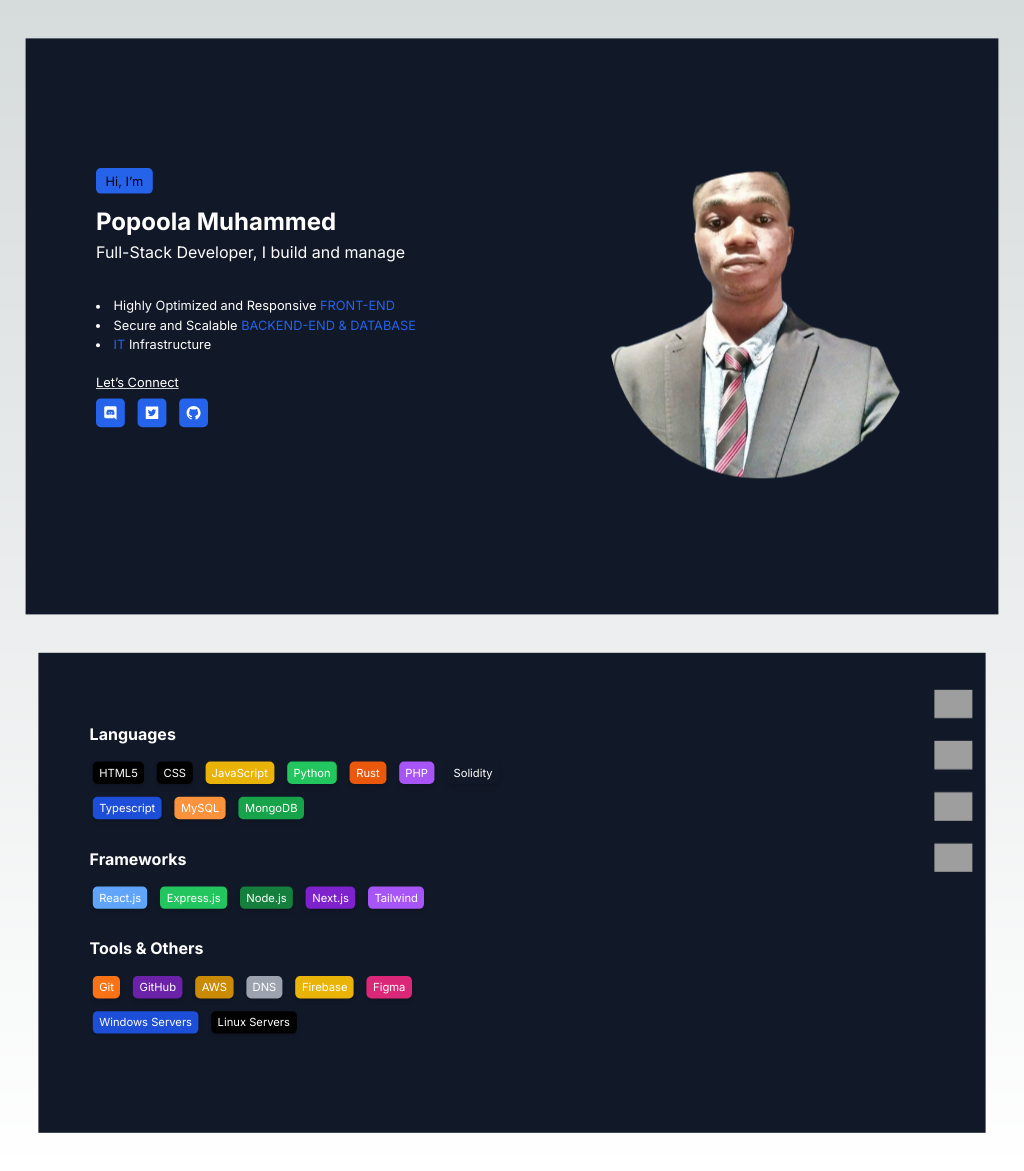
Repository: muhammedctgr/hammedctgr
Page: /
An editor plug-in stored every save of this project. The page is shown before and after the next save, followed by the edit.
The browser window is 1280 px wide. The pictures show the whole page, at 80% of full size.
Pictures or frames that could not be fetched are drawn as grey boxes. The project was rebuilt for these pictures with package versions that can differ from the ones it lists, and the page was loaded fresh each time. The framework's server and built-in components were replaced by stand-ins that run in the browser. Also part of the build but not shown: next.config.mjs.

Above is the page before, as saved 2024-08-01 15:22:08.

### app/layout.tsx
import type { Metadata } from "next";
import { Inter } from "next/font/google";
import "./globals.css";

const inter = Inter({ subsets: ["latin"] });

export const metadata: Metadata = {
  title: "Popoola Muhammed",
  description: "Generated by create next app",
};

export default function RootLayout({
  children,
}: Readonly<{
  children: React.ReactNode;
}>) {
  return (
    <html lang="en">
      <body className={inter.className}>{children}</body>
    </html>
  );
}

### app/page.tsx
import Head from 'next/head';
import Hero from '../components/Hero';
import SkillsSection from '@/components/SkillsSection';


const Home = () => (
  <div>
    <Head>
      <title>Popoola Muhammed</title>
      <meta name="description" content="Welcome to my developer portfolio" />
    </Head>

    <Hero />
    <SkillsSection />
  </div>
);

export default Home;

### app/globals.css
@tailwind base;
@tailwind components;
@tailwind utilities;

:root {
  --foreground-rgb: 0, 0, 0;
  --background-start-rgb: 214, 219, 220;
  --background-end-rgb: 255, 255, 255;
}

@media (prefers-color-scheme: dark) {
  :root {
    --foreground-rgb: 255, 255, 255;
    --background-start-rgb: 0, 0, 0;
    --background-end-rgb: 0, 0, 0;
  }
}

body {
  color: rgb(var(--foreground-rgb));
  background: linear-gradient(
      to bottom,
      transparent,
      rgb(var(--background-end-rgb))
    )
    rgb(var(--background-start-rgb));
}

@layer utilities {
  .text-balance {
    text-wrap: balance;
  }
}


@keyframes upDown {
  0%, 100% {
    transform: translateY(0);
  }
  50% {
    transform: translateY(-10px); /* Adjust the value as needed */
  }
}

.animate-upDown {
  animation: upDown 2s infinite ease-in-out; /* Adjust duration as needed */
}

### components/Hero.tsx
import Image from 'next/image';
import profilePic from '../public/profile.png';
import { AiFillDiscord, AiFillGithub, AiFillTwitterSquare, AiFillX } from 'react-icons/ai';

const Hero = () => {
  return (
    <section className="bg-gray-900 m-12 mx-8  text-white min-h-screen flex items-center">
      <div className="container mx-auto flex flex-col md:flex-row items-center">
        <div className="flex-1 text-left md:text-left p-8 pt-2 m-14 mt-2">
          <div className="inline-block bg-blue-600 text-black py-1 px-3 mb-4 rounded-md">
            Hi, I’m
          </div>
          <div className="mb-10">
          <h1 className="text-2xl md:text-3xl font-bold">Popoola Muhammed</h1>
          <p className="mt-2  md:text-xl">Full-Stack Developer, I build and manage</p>
          </div>
          <ul className="mt-4 list-disc list-inside whitespace-nowrap">
            <li>Highly Optimized and Responsive <span className="text-blue-600">FRONT-END</span></li>
            <li>Secure and Scalable <span className="text-blue-600">BACKEND-END & DATABASE</span></li>
            <li><span className="text-blue-600">IT</span> Infrastructure</li>
          </ul>
          <div className="mt-6">
            <a href="#contact" className=" underline">Let’s Connect</a>
            <div className="mt-2 flex md:justify-start space-x-4">
              <a href="#" className="bg-blue-600 p-2 rounded-md">
                <AiFillDiscord size={20} />
              </a>
              <a href="#" className="bg-blue-600 p-2 rounded-md">
                <AiFillTwitterSquare size={20} />
              </a>
              <a href="#" className="bg-blue-600 p-2 rounded-md">
                <AiFillGithub size={20} />
              </a>
            </div>
          </div>
        </div>
        <div className="flex-1 p-5">
          <div className="relative w-48 h-48 mx-8 md:w-72 md:h-72 lg:w-96 lg:h-96">
            <Image src={profilePic} alt="Popoola Muhammed" layout="fill" className="rounded-full object-cover animate-upDown" />
          </div>
        </div>
      </div>
    </section>
  );
};

export default Hero;

### components/SkillsSection.tsx
import Image from 'next/image';
import { FC } from 'react';

interface SkillCategory {
  title: string;
  skills: { name: string; color: string; }[];
}

const skills: SkillCategory[] = [
  {
    title: "Languages",
    skills: [
      { name: "HTML5", color: "bg-black" },
      { name: "CSS", color: "bg-black"},
      { name: "JavaScript", color: "bg-yellow-500" },
      { name: "Python", color: "bg-green-500" },
      { name: "Rust", color: "bg-orange-600" },
      { name: "PHP", color: "bg-purple-500" },
      { name: "Solidity", color: "bg-black-500" },
      { name: "Typescript", color: "bg-blue-700" },
      { name: "MySQL", color: "bg-orange-400" },
      { name: "MongoDB", color: "bg-green-600" },
    ],
  },
  {
    title: "Frameworks",
    skills: [
      { name: "React.js", color: "bg-blue-400" },
      { name: "Express.js", color: "bg-green-500" },
      { name: "Node.js", color: "bg-green-700" },
      { name: "Next.js", color: "bg-purple-700" },
      { name: "Tailwind", color: "bg-purple-500" },
    ],
  },
  {
    title: "Tools & Others",
    skills: [
      { name: "Git", color: "bg-orange-500" },
      { name: "GitHub", color: "bg-purple-800" },
      { name: "AWS", color: "bg-yellow-600" },
      { name: "DNS", color: "bg-gray-400" },
      { name: "Firebase", color: "bg-yellow-500" },
      { name: "Figma", color: "bg-pink-600" },
      { name: "Windows Servers", color: "bg-blue-700" },
      { name: "Linux Servers", color: "bg-black" },
    ],
  },
];

const icons = [
  "/icons/html5.svg", // Replace with your icon paths
  "/icons/css3.svg",
  "/icons/javascript.svg",
  "/icons/python.svg",
  // Add the rest of the icons as needed
];

const SkillsSection: FC = () => {
  return (
    <section className="py-10 m-12 bg-gray-900 text-white">
      <div className="container mx-auto px-4 flex flex-col md:flex-row">
        <div className="flex-1 m-12">
          {skills.map((category) => (
            <div key={category.title} className="mb-8">
              <h2 className="text-xl font-bold mb-4">{category.title}</h2>
              <div className="flex flex-wrap gap-2">
                {category.skills.map((skill) => (
                  <span
                    key={skill.name}
                    className={`px-2 py-1 m-1 rounded-md text-sm ${skill.color} shadow-md`}
                  >
                    {skill.name}
                  </span>
                ))}
              </div>
            </div>
          ))}
        </div>
        <div className="flex-1 flex flex-col items-center md:items-end">
          <div className="grid grid-cols-3 md:grid-cols-1 gap-4">
            {icons.map((src, index) => (
              <div key={index} className="w-12 h-12 relative">
                <Image src={src} alt={`icon-${index}`} layout="fill" objectFit="contain" />
              </div>
            ))}
          </div>
        </div>
      </div>
    </section>
  );
};

export default SkillsSection;

Loaded but not shown: tailwind.config.ts (common file)

After the next save:
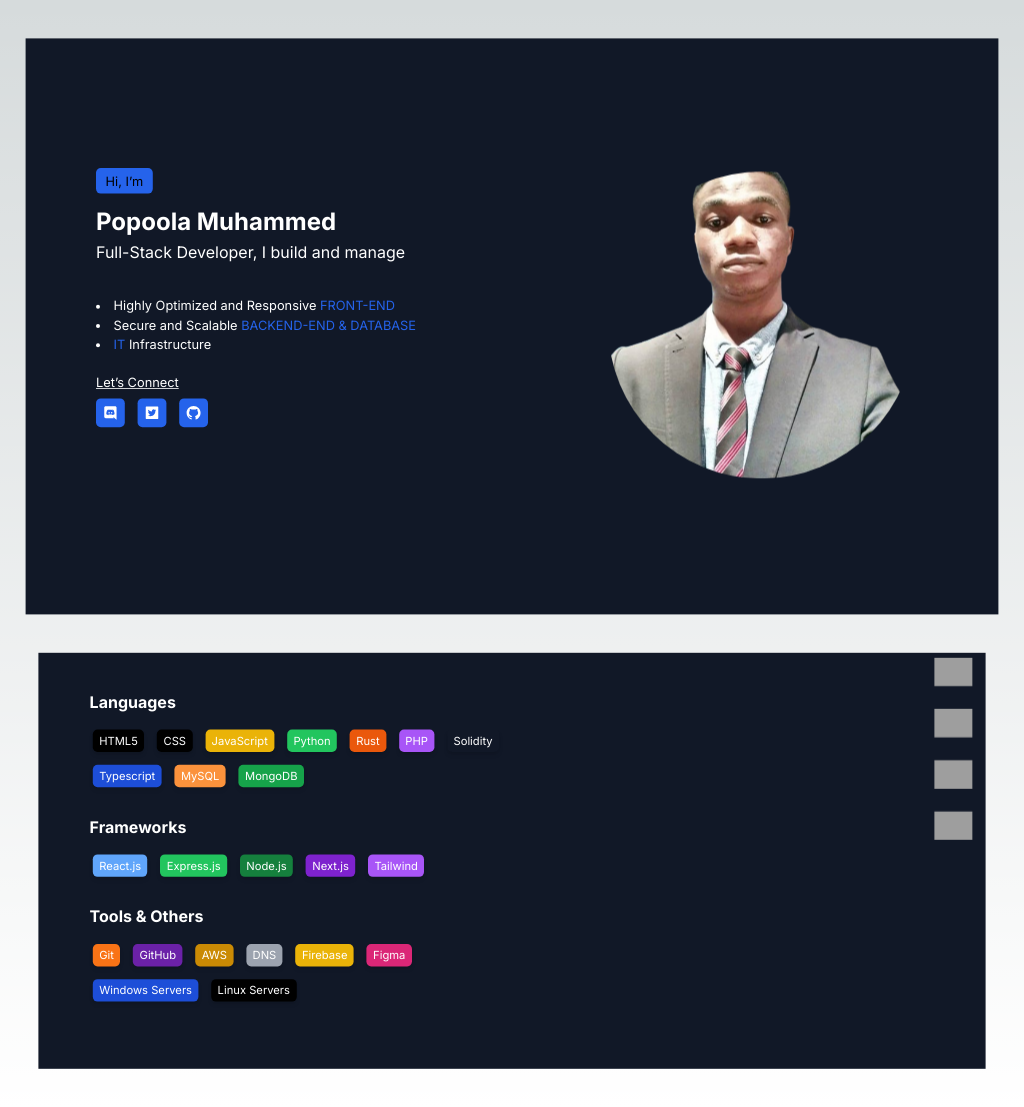
Saved 68 s later.
--- a/components/SkillsSection.tsx
+++ b/components/SkillsSection.tsx
@@ -57,7 +57,7 @@
 
 const SkillsSection: FC = () => {
   return (
-    <section className="py-10 m-12 bg-gray-900 text-white">
+    <section className="m-12 m-12 bg-gray-900 text-white">
       <div className="container mx-auto px-4 flex flex-col md:flex-row">
         <div className="flex-1 m-12">
           {skills.map((category) => (

After the 3 saves that followed:
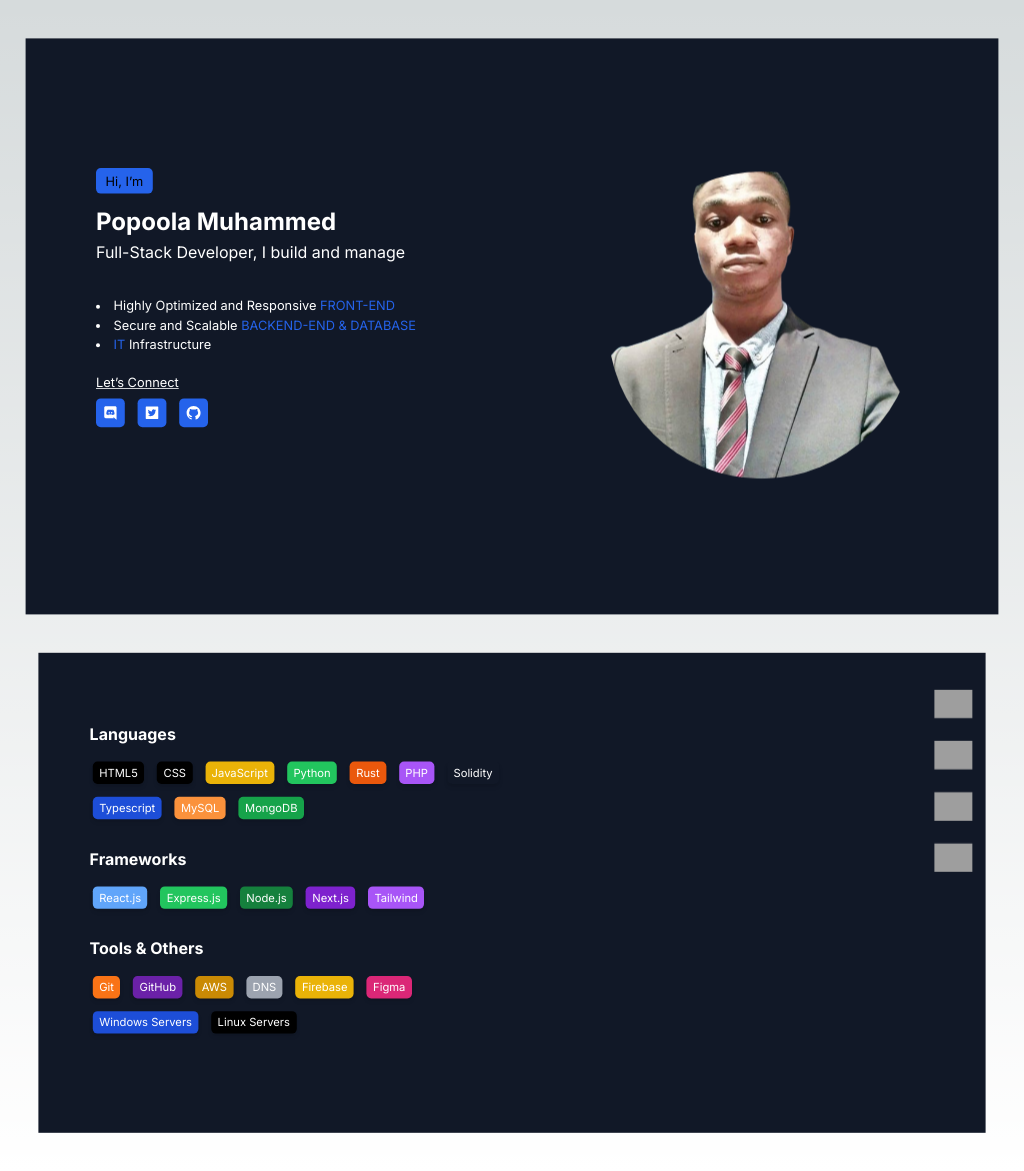
The 3 saves are shown as one change because 1 left the picture as it was and some came seconds apart.
The last was saved 29 s later.
--- a/components/SkillsSection.tsx
+++ b/components/SkillsSection.tsx
@@ -57,7 +57,7 @@
 
 const SkillsSection: FC = () => {
   return (
-    <section className="m-12 m-12 bg-gray-900 text-white">
+    <section className="py-10 m-12 bg-gray-900 text-white">
       <div className="container mx-auto px-4 flex flex-col md:flex-row">
         <div className="flex-1 m-12">
           {skills.map((category) => (
